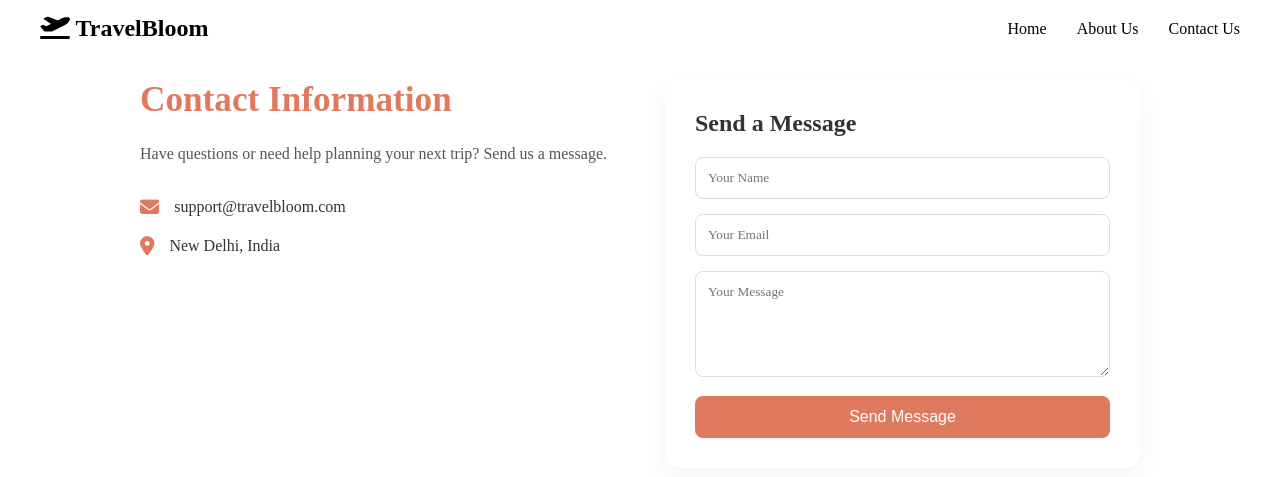
Repository: LatikaAdhikari064/TravelBloom_Project
Page: contact.html
The author's editor kept a copy of each file at every save. The page is drawn from the files as they stood at one save, then again after the next save.
The browser window is 1280 px wide. The pictures show the whole page.

Above is the page before, as saved 2026-01-08 21:03:20.

### contact.html
<!DOCTYPE html>
<html lang="en">
<head>
    <meta charset="UTF-8">
    <meta name="viewport" content="width=device-width, initial-scale=1.0">
    <title>Contact Us - TravelBloom</title>

    <!-- Fonts & Icons -->
    <link href="https://fonts.googleapis.com/css2?family=Poppins:wght@300;400;600;800&display=swap" rel="stylesheet">
    <link rel="stylesheet" href="https://cdnjs.cloudflare.com/ajax/libs/font-awesome/6.4.0/css/all.min.css">

    <!-- CSS -->
    <link rel="stylesheet" href="contact.css">
</head>
<body>

    <nav class="navbar">
        <div class="logo">
            <i class="fas fa-plane-departure"></i> TravelBloom
        </div>
        <ul class="nav-links">
            <li><a href="/">Home</a></li>
            <li><a href="about.html">About Us</a></li>
            <li><a href="contact.html">Contact Us</a></li>
        </ul>
    </nav>
    <!-- CONTACT SECTION -->
    <section class="contact-section">
        <div class="contact-container">

            <!-- INFO -->
            <div class="contact-info">
                <h2>Contact Information</h2>
                <p>Have questions or need help planning your next trip? Send us a message.</p>

                <div class="info-item">
                    <i class="fas fa-envelope"></i>
                    <span>support@travelbloom.com</span>
                </div>

                <div class="info-item">
                    <i class="fas fa-map-marker-alt"></i>
                    <span>New Delhi, India</span>
                </div>
            </div>

            <!-- FORM -->
            <form class="contact-form">
                <h2>Send a Message</h2>

                <input type="text" placeholder="Your Name" required>
                <input type="email" placeholder="Your Email" required>
                <textarea placeholder="Your Message" rows="5" required></textarea>

                <button type="submit">Send Message</button>
            </form>

        </div>
    </section>

</body>
</html>

### contact.css
/* --- CONTACT PAGE STYLES --- */
* {
    margin: 0;
    padding: 0;
    box-sizing: border-box;
    /* font-family: 'Poppins', sans-serif; */
}

/* --- Navigation Bar --- */
.navbar {
     position: fixed;
    top: 0;
    width: 100%;
    padding: 15px 40px;
    display: flex;
    justify-content: space-between;
    align-items: center;
    background: rgb(255, 255, 255);
    backdrop-filter: blur(8px);
    z-index: 1000;
}

.logo {
    font-size: 1.5rem;
    font-weight: 600;
    color: rgb(0, 0, 0);
}

.nav-links {
    list-style: none;
    display: flex;
    gap: 30px;
}

.nav-links a {
    text-decoration: none;
    color: rgb(0, 0, 0);
    font-weight: 400;
    transition: color 0.3s;
}

.nav-links a:hover,
.nav-links a.active {
    color: #E07A5F;
}

.contact-hero h1 {
    font-size: 3rem;
    font-weight: 800;
}

.contact-hero p {
    font-size: 1.1rem;
    opacity: 0.9;
}

/* SECTION */
.contact-section {
    padding: 80px 20px;
    background:white;
}

.contact-container {
    max-width: 1000px;
    margin: auto;
    display: grid;
    grid-template-columns: 1fr 1fr;
    gap: 50px;
}

/* INFO */
.contact-info h2 {
    font-size: 2.2rem;
    margin-bottom: 20px;
    color: #E07A5F;
}

.contact-info p {
    color: #555;
    margin-bottom: 30px;
    line-height: 1.7;
}

.info-item {
    display: flex;
    align-items: center;
    gap: 15px;
    margin-bottom: 20px;
    color: #333;
}

.info-item i {
    color: #E07A5F;
    font-size: 1.2rem;
}

/* FORM */
.contact-form {
    background: white;
    padding: 30px;
    border-radius: 15px;
    box-shadow: 0 10px 25px rgba(0,0,0,0.05);
}

.contact-form h2 {
    margin-bottom: 20px;
    color: #333;
}

.contact-form input,
.contact-form textarea {
    width: 100%;
    padding: 12px;
    margin-bottom: 15px;
    border-radius: 8px;
    border: 1px solid #ddd;
    font-family: inherit;
}

.contact-form input:focus,
.contact-form textarea:focus {
    outline: none;
    border-color: #E07A5F;
}

.contact-form button {
    width: 100%;
    padding: 12px;
    background: #E07A5F;
    border: none;
    color: white;
    font-size: 1rem;
    border-radius: 8px;
    cursor: pointer;
    transition: background 0.3s;
}

.contact-form button:hover {
    background: #cf6a52;
}

/* RESPONSIVE */
@media (max-width: 768px) {
    .contact-container {
        grid-template-columns: 1fr;
    }

    .contact-hero h1 {
        font-size: 2.2rem;
    }
}

After the next save:
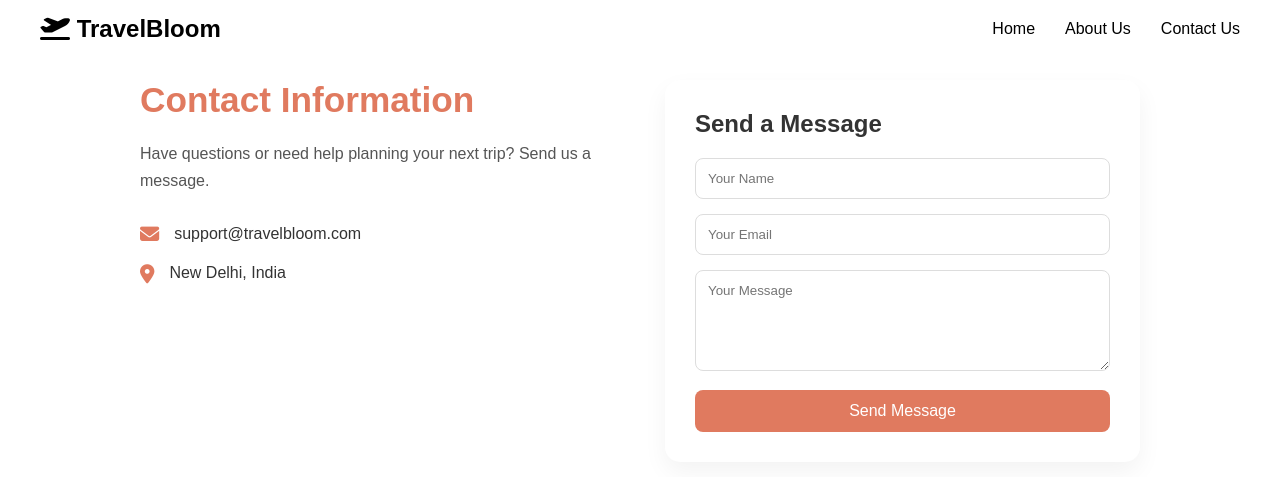
Saved 23 s later.
--- a/contact.css
+++ b/contact.css
@@ -3,7 +3,7 @@
     margin: 0;
     padding: 0;
     box-sizing: border-box;
-    /* font-family: 'Poppins', sans-serif; */
+    font-family: sans-serif;
 }
 
 /* --- Navigation Bar --- */
